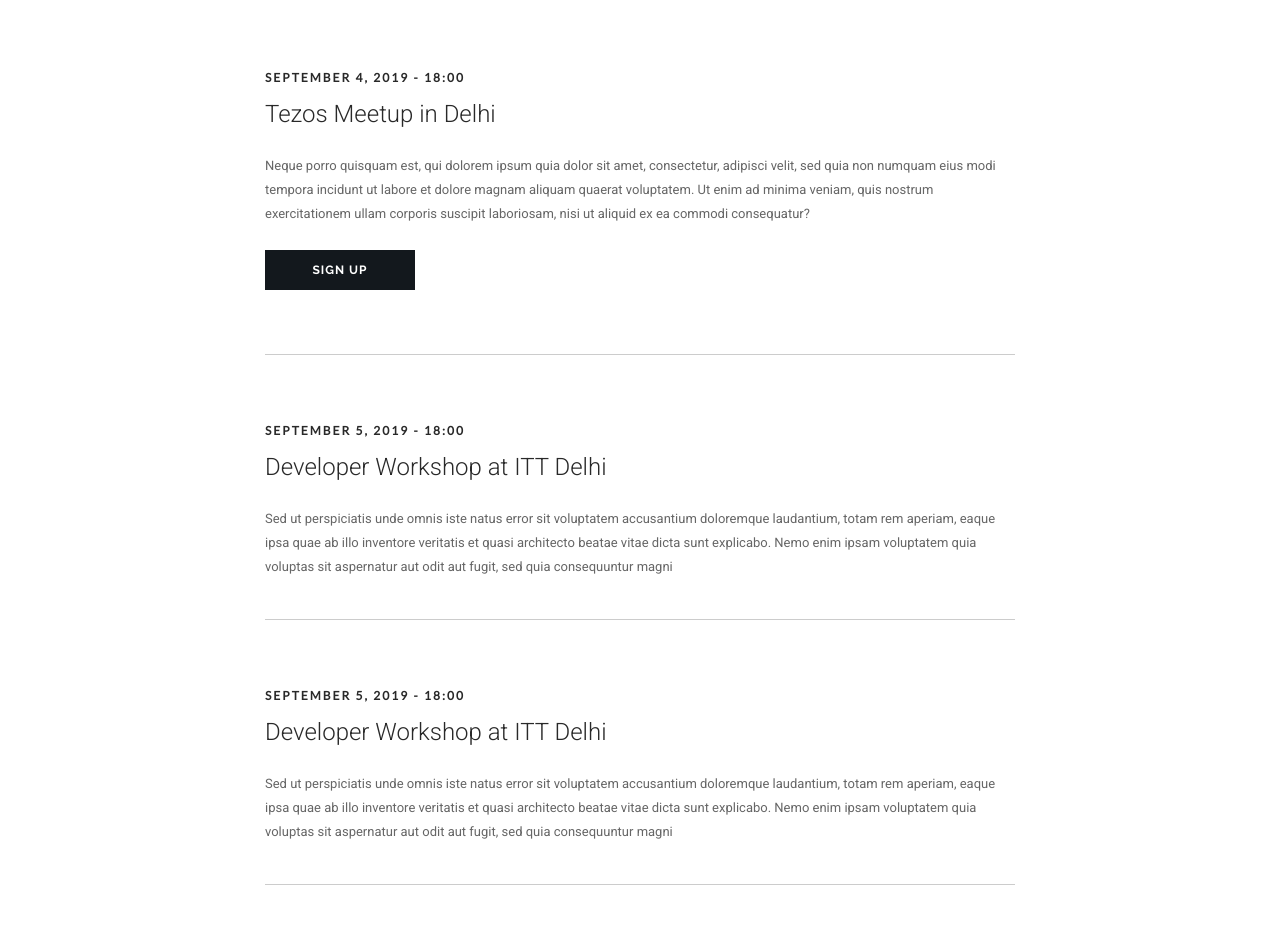
Repository: Tezos-India-Foundation/TIF-Website
Page: Tezos India Website/page.html
The author's editor kept a copy of each file at every save. The page is drawn from the files as they stood at one save, then again after the next save.
The browser window is 1280 px wide. The pictures show the part of the page from y = 1907 to 2859 px (the page is 4077 px tall before and 4117 px after).
A picture or video elsewhere on the page could not be fetched, so the positions and the page height are approximate.

Above is the page before, as saved 2019-08-13 03:56:02.

After the next save:
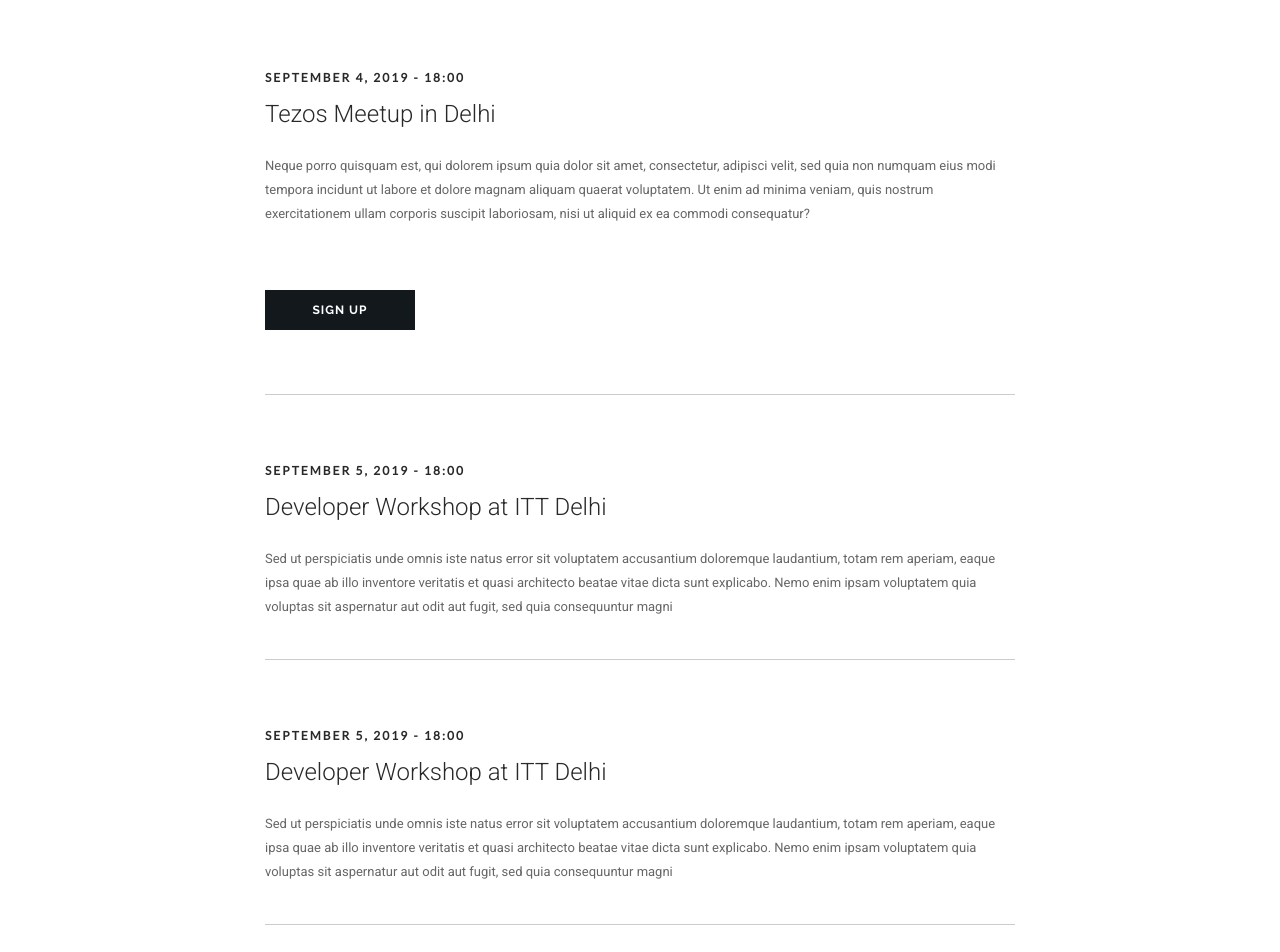
Saved 19 s later.
--- a/Tezos India Website/page.html
+++ b/Tezos India Website/page.html
@@ -212,7 +212,7 @@
 												laboriosam, nisi ut aliquid ex ea commodi consequatur?
 											</p>
 
-											<a class="btn btn-filled" target="_blank" href="https://berndoostrum.typeform.com/to/sGThtu">Sign Up</a>
+											<a class="mt40 btn btn-filled" target="_blank" href="https://berndoostrum.typeform.com/to/sGThtu">Sign Up</a>
 											<hr class="mt40 mb40 mt-xs-0 mb-xs-24">
 										</div>
 										<div>

After the save that followed:
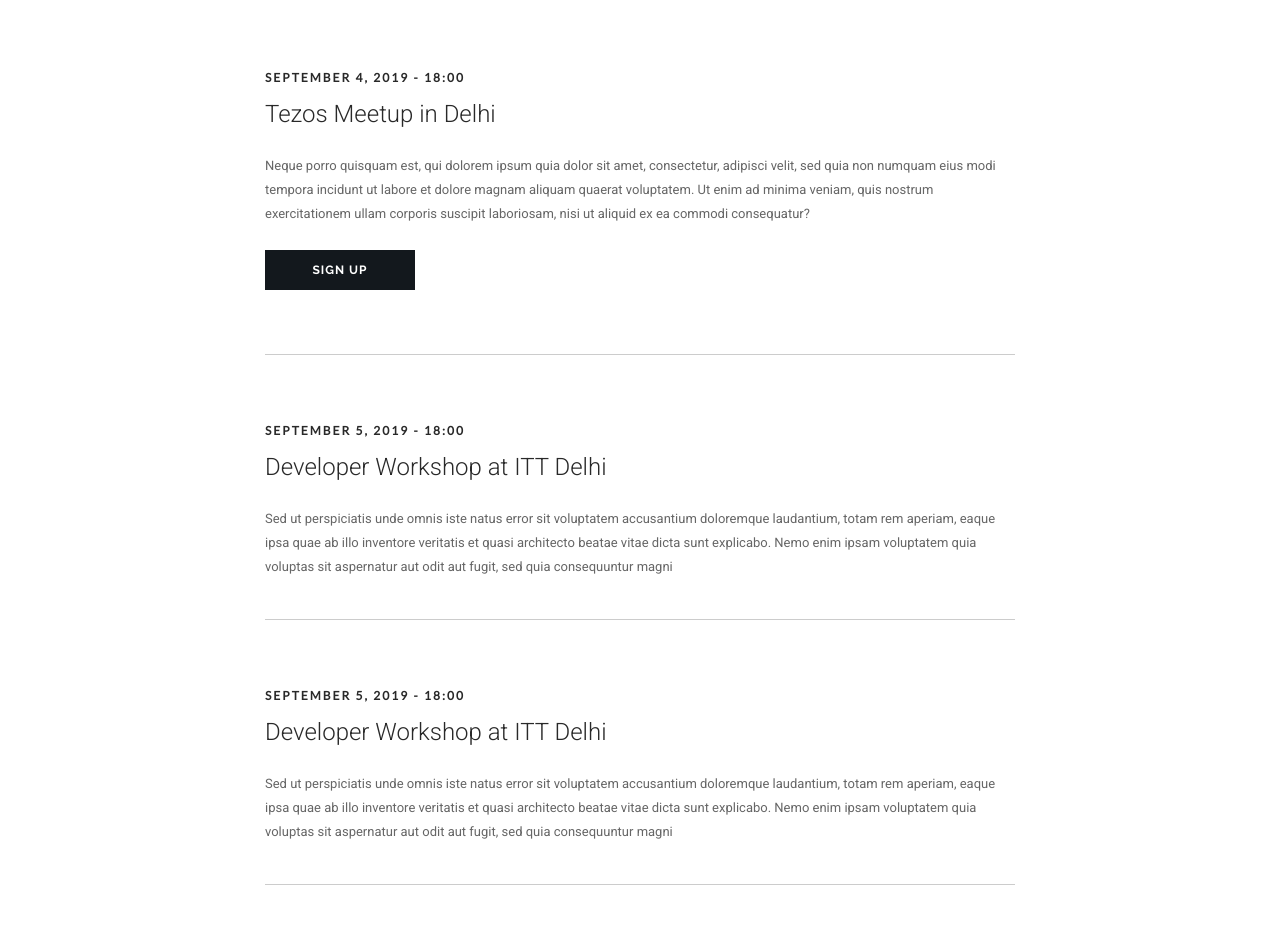
Saved 8 s later.
--- a/Tezos India Website/page.html
+++ b/Tezos India Website/page.html
@@ -212,7 +212,7 @@
 												laboriosam, nisi ut aliquid ex ea commodi consequatur?
 											</p>
 
-											<a class="mt40 btn btn-filled" target="_blank" href="https://berndoostrum.typeform.com/to/sGThtu">Sign Up</a>
+											<a class="mt20 btn btn-filled" target="_blank" href="https://berndoostrum.typeform.com/to/sGThtu">Sign Up</a>
 											<hr class="mt40 mb40 mt-xs-0 mb-xs-24">
 										</div>
 										<div>
